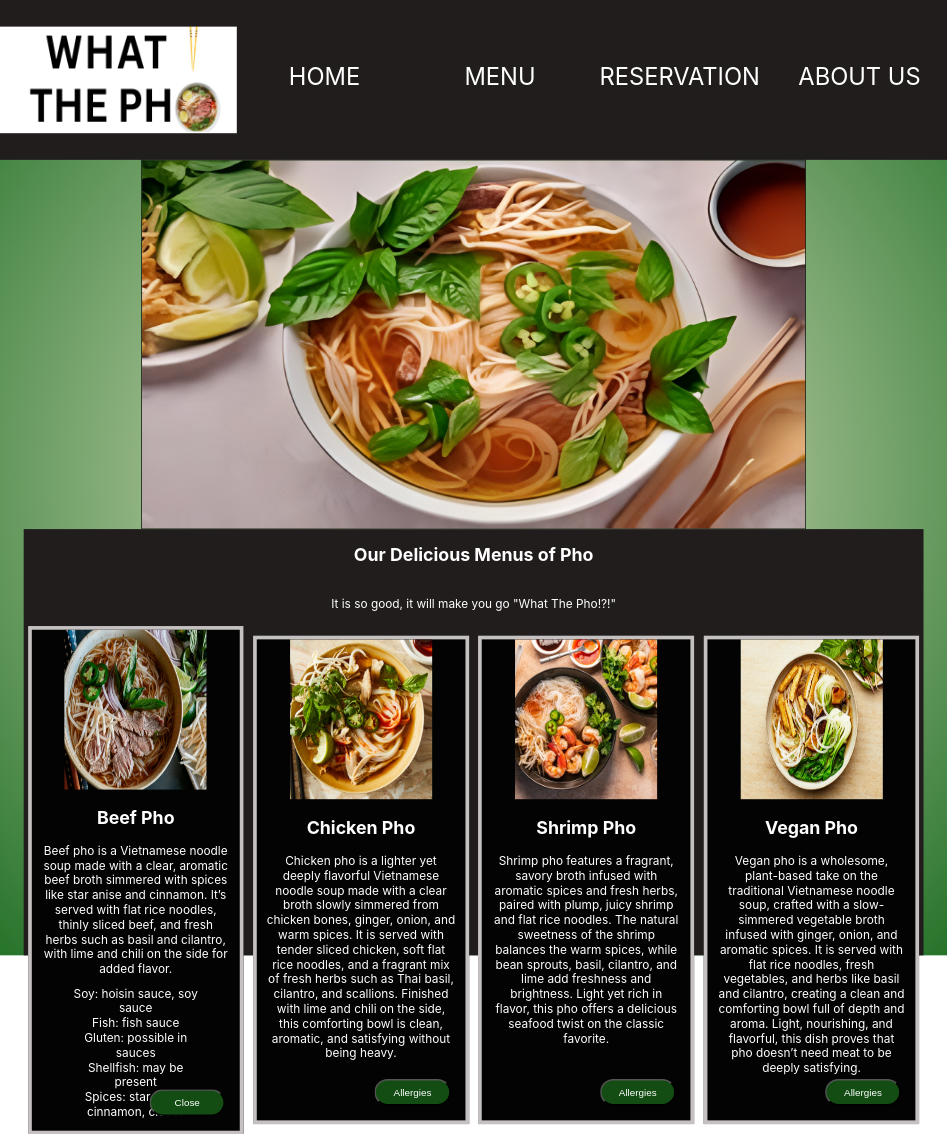
Repository: NguyenkhDang/Restaurant-Website
Page: /, after clicking the first element matching `button`
The author's editor kept a copy of each file at every save. The page is drawn from the files as they stood at one save, then again after the next save.
The browser window is 1280 px wide. The pictures show the whole page, at 74% of full size.
The project was rebuilt for these pictures with package versions that can differ from the ones it lists, and the page was loaded fresh each time.

Above is the page before, as saved 2026-01-16 00:53:46.

### src/App.js
import BackgroundImage from "./image/pho.jpg"
import BeefPho from "./image/beefPho.png"
import ChickenPho from "./image/chickenPho.jpg"
import ShrimpPho from "./image/shrimpPho.png"
import VeganPho from "./image/veganPho.jpg"
import './App.css';
import NavigationBar from './NavigationBar';



import ReadMore from "./Readmore"
function App() {


  return (
    <div className="home">
      <NavigationBar />
      <img
        src={BackgroundImage}
        style={{maxWidth: "70vw", height: "auto", border: "1px solid black"}}
        alt="Pho Photo"
        />


      <div className="menu">
        <h2>Our Delicious Menus of Pho</h2>
        <p>It is so good, it will make you go "What The Pho!?!"</p>
        <div className="foodContainer">
          <div>
            <ReadMore
            image={BeefPho}
            title="Beef Pho"
            description="Beef pho is a Vietnamese noodle soup made with a clear, aromatic beef broth simmered with spices like star anise and cinnamon. It’s served with flat rice noodles, thinly sliced beef, and fresh herbs such as basil and cilantro, with lime and chili on the side for added flavor."
            allergies={[
              "Soy: hoisin sauce, soy sauce",
              "Fish: fish sauce",
              "Gluten: possible in sauces",
              "Shellfish: may be present",
              "Spices: star anise, cinnamon, cloves"
            ]}
          />

          </div>
          <div>
            <ReadMore
            image={ChickenPho}
            title="Chicken Pho"
            description="Chicken pho is a lighter yet deeply flavorful Vietnamese noodle soup made with a clear broth slowly simmered from chicken bones, ginger, onion, and warm spices. It is served with tender sliced chicken, soft flat rice noodles, and a fragrant mix of fresh herbs such as Thai basil, cilantro, and scallions. Finished with lime and chili on the side, this comforting bowl is clean, aromatic, and satisfying without being heavy."
            allergies={[
              "Soy: sauces",
              "Fish: fish sauce",
              "Spices: ginger, coriander"
            ]}
          />
          </div>
          <div>
            <ReadMore
            image={ShrimpPho}
            title="Shrimp Pho"
            description="Shrimp pho features a fragrant, savory broth infused with aromatic spices and fresh herbs, paired with plump, juicy shrimp and flat rice noodles. The natural sweetness of the shrimp balances the warm spices, while bean sprouts, basil, cilantro, and lime add freshness and brightness. Light yet rich in flavor, this pho offers a delicious seafood twist on the classic favorite."
            allergies={[
              "Shellfish: shrimp",
              "Fish: fish sauce",
              "Soy: sauces"
            ]}
          />
          </div>
          <div>
            <ReadMore
            image={VeganPho}
            title="Vegan Pho"
            description="Vegan pho is a wholesome, plant-based take on the traditional Vietnamese noodle soup, crafted with a slow-simmered vegetable broth infused with ginger, onion, and aromatic spices. It is served with flat rice noodles, fresh vegetables, and herbs like basil and cilantro, creating a clean and comforting bowl full of depth and aroma. Light, nourishing, and flavorful, this dish proves that pho doesn’t need meat to be deeply satisfying."
            allergies={[
              "Soy: tofu, sauces",
              "Gluten: possible in sauces"
            ]}
          />
          </div>
        </div>
      </div>
  </div>
);
}

export default App;

### src/App.css
html{
  -ms-overflow-style: none;  /* IE and Edge */
  scrollbar-width: none;
}

.home {
  display: grid;
  margin: 0;
  padding: 0;

  background: radial-gradient(
    circle,
    rgba(245, 240, 213, 1) 0%,
    rgba(38, 115, 42, 1) 100%
  );
  place-items: center;
  text-align: center;
  color: white;
}

.menu {
  display: grid;
  grid-template-rows: repeat(3, 1fr);
  place-items: center;
  gap: 5px;

  width: 95vw;
  height: 80vh;
  margin: 0 2vw;

  background-color: rgb(34, 29, 29);
}

.foodContainer {
  display: grid;
  grid-template-columns: repeat(4, 1fr);
  place-items: center;
  height: auto;
  gap: 1vw;
  padding: 0;
}


#label{
  font-weight: bolder;
  font-size: 1.25em;
}
html::-webkit-scrollbar {
  display: none;
}

### src/NavigationBar.js
import "./CSS/NavigationBar.css"
import Logo from "./image/CustomLogo2.png"
const NavigationBar = () =>{



  return (
    <div className="navbar">
      <div className="logoImage">
        <img src= {Logo} />
      </div>
      <div className="wholeNavBar">
        <ul>
          <li>
            <a>HOME</a>
          </li>
          <li>
            <a>MENU</a>
          </li>
          <li>
            <a>RESERVATION</a>
          </li>
          <li>
            <a>ABOUT US</a>
          </li>
        </ul>

      </div>
    </div>
  )


}

export default NavigationBar

### src/Readmore.js
import { useState } from "react";
import "./CSS/Readmore.css"
function ReadMore({ image, title, description, allergies }) {
  const [showMore, setShowMore] = useState(false);

  return (
    <div className={`descriptionContainer ${showMore ? "isExpand ": ""}`}>
      <img src={image} style={{ width: "15vw", height: "30vh" }} alt={title} />

      <h2>{title}</h2>

      <p>
        {description}

        {showMore && (
          <ul className="list">
            {allergies.map((item, index) => (
              <li key={index}>{item}</li>
            ))}
          </ul>
        )}
      </p>

      <button onClick={() => setShowMore(!showMore)}>
        {showMore ? "Close" : "Allergies"}
      </button>
    </div>
  );
}
export default ReadMore;

### src/CSS/NavigationBar.css
.navbar{
  background-color: rgb(34, 29, 29);
  display: grid;
  grid-template-columns: 25% 75%;
  width: 100vw;
  height: 25vh;
  padding-top: 5vh;
}
.wholeMavBar{
  float: right;
  height: 10vh;
}

.logoImage img{
  height: 20vh;
  width: 25vw;
  object-fit: fill;
  object-position: center;
}

ul{
  align-items: center;
  list-style-type: none;
  display: grid;
  place-items: center;
  grid-template-columns: 1fr 1fr 1fr 1fr;
  margin-top: 5%;
  padding: 0;
}
li a{
  font-size: 2em;
  text-align: center;
  padding: 14px 16px;
}

li a:hover{
  background-color: #c5b1b1;
}

### src/CSS/Readmore.css
.descriptionContainer{
  display: block;
  width: 20vw;
  height: auto;
  min-height: 650px;
  padding-top: 2.5vh;
  position: relative;
  overflow: hidden;
  transition: all 0.5s ease-in-out;
  background-color: rgb(3, 3, 3);
  border: 5px solid rgb(197, 193, 193);
  padding: 0 1vw;
}
.descriptionContainer.isExpand{
  max-height: 850px;
}

.list{
  display: grid;
  grid-template-columns: repeat(1, 1fr);
}
.list li{
  height: auto;
  width: 70%;
}

button{
  background-color: rgb(19, 77, 19);
  position: absolute;
  bottom: 20px;
  right: 20px;
  height: 5vh;
  width: 8vw;
  border-radius: 50px ;
  color: white
}

Loaded but not shown: public/index.html (common file); src/index.js (common file); src/index.css (common file); src/reportWebVitals.js (common file)

After the next save:
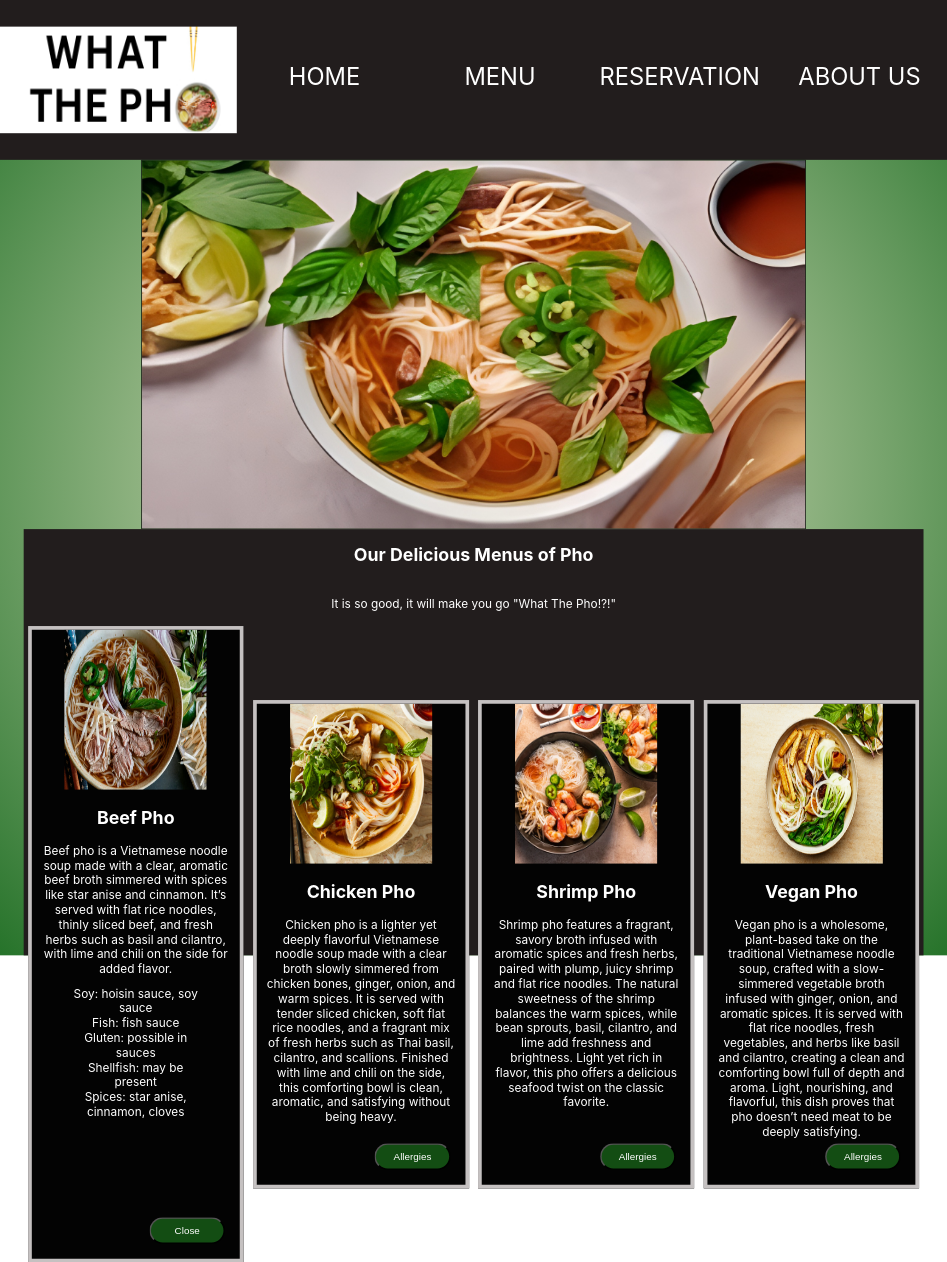
Saved 20 s later.
--- a/src/CSS/Readmore.css
+++ b/src/CSS/Readmore.css
@@ -12,7 +12,7 @@
   padding: 0 1vw;
 }
 .descriptionContainer.isExpand{
-  max-height: 850px;
+  min-height: 850px;
 }
 
 .list{
